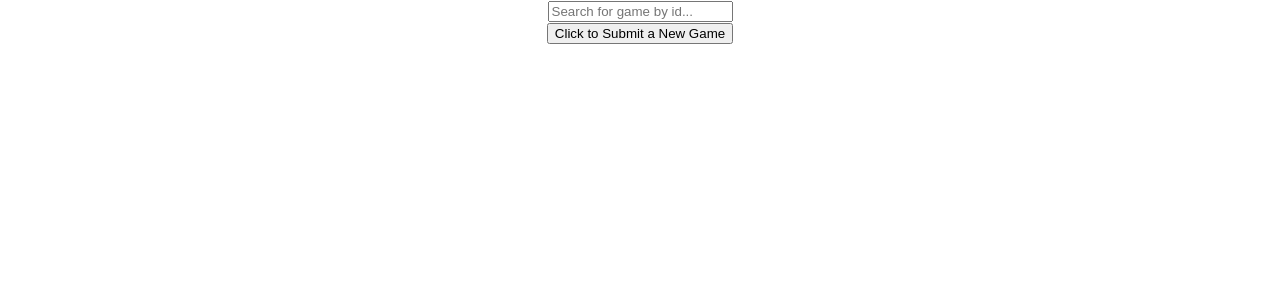
Repository: The-Software-Guild/assessment-2-react-nj10deadend
Page: / (app in Part-2/React-section/frontend/)
An editor plug-in stored every save of this project. The page is shown before and after the next save, followed by the edit.
The browser window is 1280 px wide. The pictures show the whole page.
The page's requests for data from a server got no answer. The project was rebuilt for these pictures with package versions that can differ from the ones it lists, and the page was loaded fresh each time. No one was signed in, and anything a server would have sent is missing. Also part of the build but not shown: Part-2/React-section/frontend/src/components/GameCards.js.

Above is the page before, as saved 2021-12-19 13:53:11.

After the next save:
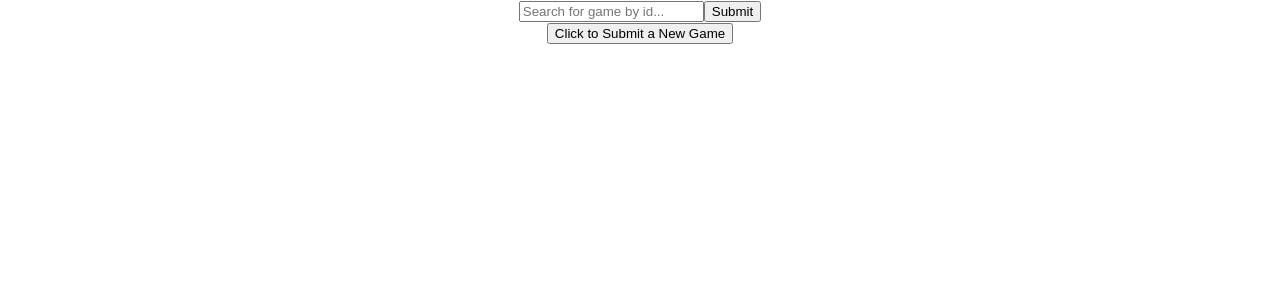
Saved 49 s later.
--- a/Part-2/React-section/frontend/src/components/GameSearch.js
+++ b/Part-2/React-section/frontend/src/components/GameSearch.js
@@ -21,10 +21,13 @@ function GameSearch ({setGameData}) {
 
     return (
         <div>
-            <input type="text" placeholder="Search for game by id..."
-            onChange={(event) => {setSearchId(event.target.value)}}
-            value = {searchId}
-            />
+            <form onSubmit={onSearch}>
+                <input type="text" placeholder="Search for game by id..."
+                onChange={(event) => {setSearchId(event.target.value)}}
+                value = {searchId}
+                />
+                <input type="submit" value="Submit" />
+            </form>
 
         </div>
     )
